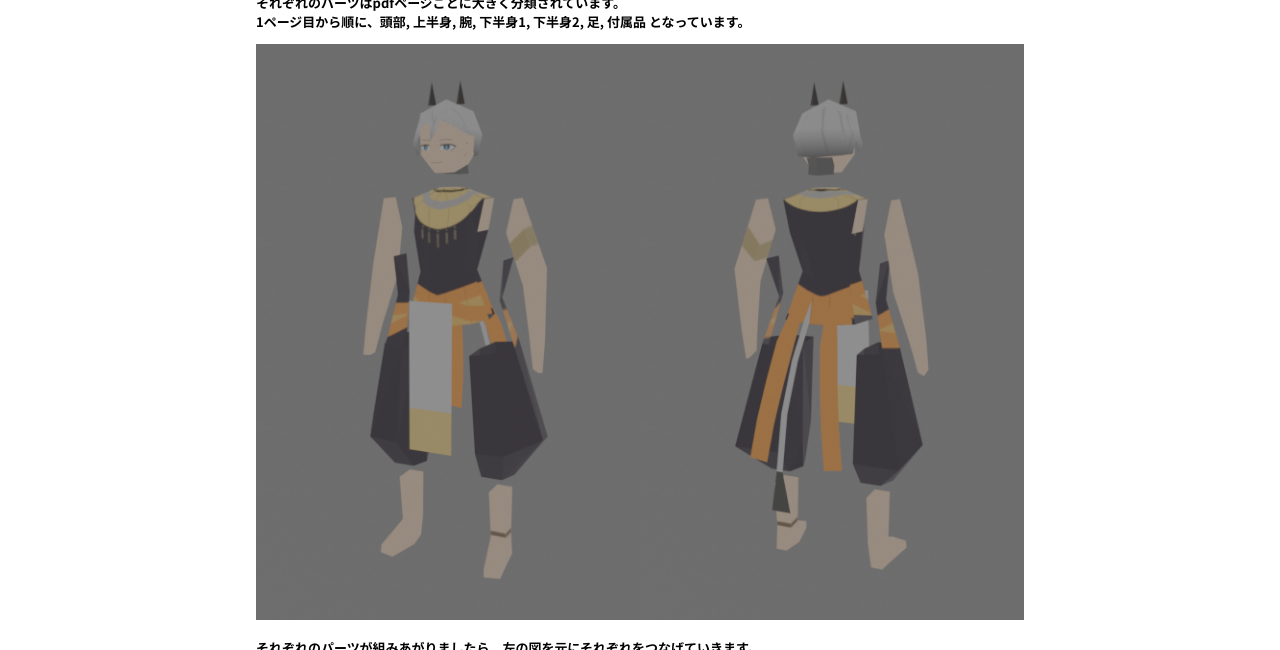
Repository: tdu-src/3D2024_asahisai
Page: html/Nere.html
These files come from the project's save history. The page is drawn as it stood at one moment and after the next save; the edit follows.
The browser window is 1280 px wide. The pictures show the part of the page from y = 3301 to 3951 px (the page is 4692 px tall before and 4711 px after).
A picture or video elsewhere on the page could not be fetched, so the positions and the page height are approximate. Some web fonts or font styles are not loaded; a fallback is used.

Above is the page before, as saved 2024-10-30 15:22:38.

### html/Nere.html
<!doctype html>
<html lang="ja">
    <head>
        <meta charset="UTF-8">
        <meta name="viewport" content="width=device-width">
        <title>ソフきゃら！特設サイト</title>
        <link rel="icon" href="../images/favicon.svg" type="image/svg+xml">
        <link res="stylesheet" href="https://unpkg.com/ress/dist/ress.min.css">
        <link href="../css/style.css" rel="stylesheet">
        <link href="../css/char.css" rel="stylesheet">
        <!---------------font data--------------->
            <!--Passion one-->
        <link rel="preconnect" href="https://fonts.googleapis.com">
        <link rel="preconnect" href="https://fonts.gstatic.com" crossorigin>
        <link href="https://fonts.googleapis.com/css2?family=Passion+One:wght@400;700;900&display=swap" rel="stylesheet">
            <!--Noto Sans Japanese-->
        <link rel="preconnect" href="https://fonts.googleapis.com">
        <link rel="preconnect" href="https://fonts.gstatic.com" crossorigin>
        <link href="https://fonts.googleapis.com/css2?family=Noto+Sans+JP:wght@100..900&family=Passion+One:wght@400;700;900&display=swap" rel="stylesheet">
            <!--Public Sans-->
        <link rel="preconnect" href="https://fonts.googleapis.com">
        <link rel="preconnect" href="https://fonts.gstatic.com" crossorigin>
        <link href="https://fonts.googleapis.com/css2?family=Noto+Sans+JP:wght@100..900&family=Passion+One:wght@400;700;900&family=Public+Sans:ital,wght@0,100..900;1,100..900&display=swap" rel="stylesheet">
    </head>
    <body>
        <header>
            <div class="header-content-wrapper">
                <div>
<!--------------------ソフ研アイコン-------------------->
                    <div class="header-content">
                        <svg class="src-icon" xmlns="http://www.w3.org/2000/svg" viewBox="0 0 647.76 403.25">
                            <g>
                                <path d="M324,24.3s-117.82-52.05-209.1-3.79C28.83,66.02-1.49,142.38.06,199.94c2.14,79.54,39.77,124.56,80.39,159.85,37.15,32.27,142.79,70.6,243.55,16.05v-59.09c-45.45,34.72-130.2,44.5-183.34,17.42-53.59-27.3-84.85-71.97-85.61-127.28-.76-55.31,25.05-101.96,66.72-129.24,41.67-27.27,115.87-39.48,202.24,4.23V24.3Z"/>
                                <path d="M197.67,142.11c-11.68-20.21-55.55-28.04-69.32-3.03-15.44,28.05,2.83,47.13,20.56,55.39,17.56,8.19,41.3,17.97,33.8,42.15-7.17,23.09-43.61,16.7-50.57-9.09l-16.48,4.55c1.61,6.91,15.53,38.26,43.37,37.88,27.84-.38,40.01-17.18,42.62-39.02,3.03-25.38-19.14-40.02-36.19-47.79-17.05-7.77-34.32-18.16-21.39-35.36,9.13-12.15,34.97-3.69,40.53,6.63l13.07-12.31Z"/>
                                <path d="M255.98,127.47l-29.02.16v138.03h16.22v-57.01h4.44l35.68,57.01h19.32l-37.83-59.43s35.6-4.76,35.41-39.97c-.12-21.89-19.8-38.64-44.22-38.79h0ZM247.21,143.9c20.48.24,35.47,5.28,35.1,24.48-.38,19.92-17.12,24.85-39.12,24.66v-49.13c1.41-.02,2.66-.03,4.02-.01h0Z"/>
                                <path d="M360.05,109.81c-4.79-8.28-23.3-10.83-29.51-1.53-7.29,10.92,1.16,19.32,8.43,22.71,7.2,3.36,18.77,7.45,14.96,17.03-3.67,9.21-19.22,7.05-22.07-3.53l-6.75,1.86c.66,2.83,6.28,14.37,17.69,14.77,11.61.41,17.9-6.09,18.97-15.04,1.24-10.41-5.97-15.54-16.44-19.92-7.08-2.97-13.6-7.45-8.57-14.36,3.67-5.04,15.33-1.98,18.37,2.29l4.93-4.28Z"/>
                                <path d="M389.07,122.8c-10.48,0-18.98,8.5-18.98,18.98h0c0,10.48,8.5,18.98,18.98,18.98h0c10.48,0,18.98-8.5,18.98-18.98h0c0-10.48-8.5-18.98-18.98-18.98h0ZM389.34,129.45c6.59,0,11.92,5.34,11.92,11.92,0,6.58-5.34,11.92-11.92,11.92-6.58,0-11.92-5.34-11.92-11.92,0-6.59,5.34-11.92,11.92-11.92h0Z"/>
                                <path d="M432.34,102.2c-6.68-.06-11.12,5.6-11.01,9.73.04,1.59.05,6.3.05,11.97h-6.76v5.98h6.76c0,13.8-.05,30.08-.05,30.08h6.84v-30.08h10.45v-5.98h-10.45v-10.36c-.4-5.7,8.52-5.1,10.26-2.95v-6.84c-2.17-1.07-4.22-1.54-6.09-1.55h0Z"/>
                                <path d="M454.37,113.47v10.43h-5.98v6.26h5.98v29.69h6.55v-29.69h7.59v-6.26h-7.59v-10.43h-6.55Z"/>
                                <path d="M474.48,123.5l16.76,35.89,9.94-21.92,9.75,21.92,16.95-35.89h-5.97l-10.61,23.01-10.23-23.01s-9.66,23.2-10.04,23.01c-.38-.19-10.98-23.01-10.98-23.01h-5.59Z"/>
                                <path d="M548.22,123.52c-9.3,0-16.83,8.37-16.83,18.69,0,10.32,7.54,18.68,16.83,18.69,5.81,0,11.21-3.34,14.28-8.82v7.68h6.64v-35.76h-6.64v8.33c-3.07-5.47-8.47-8.8-14.28-8.8ZM551.18,129.02c6.7-.02,12.15,5.69,12.17,12.78,0,7.09-5.43,12.82-12.13,12.83s-12.14-5.72-12.15-12.78c-.01-7.07,5.41-12.81,12.11-12.83h0Z"/>
                                <path d="M602.37,123.49c-6.3-.1-9.16,1.97-12.93,9.43v-8.93h-6.74v35.67h6.74v-21.36c2.72-5.76,6.84-9.87,12.58-7.85l1.68-6.91-1.32-.05h0Z"/>
                                <path d="M629.11,123.07c-11.78,0-18.22,8.9-18.22,18.97,0,8.65,6,17.98,18.55,17.98,8.28,0,12.34-3.92,15.33-7.05l-4.4-3.89c-2.28,3.32-8.5,7.02-16.8,3.74-6.53-2.58-6.95-10.18-6.95-10.18h31.12c0-7.11-5.07-19.58-18.64-19.58h0ZM629.08,129.12c6.36,0,11.29,6.36,11.29,8.35h-23.14c0-3.89,5.5-8.35,11.86-8.35Z"/>
                                <path d="M341.58,172.18l-12.54.07v55.16h7.01v-22.78h1.92l15.42,22.78h8.35l-16.34-23.75s15.38-1.9,15.3-15.97c-.05-8.74-8.55-15.44-19.11-15.5h0ZM337.78,178.74c8.85.1,15.32,2.11,15.17,9.78-.16,7.96-7.4,9.93-16.9,9.86v-19.63h1.74s0,0,0,0Z"/>
                                <path d="M386.91,190.98c-11.78,0-18.22,8.9-18.22,18.98,0,8.65,6,17.98,18.55,17.98,8.28,0,12.34-3.92,15.33-7.05l-4.4-3.89c-2.28,3.32-8.5,7.02-16.79,3.74-6.53-2.58-6.95-10.18-6.95-10.18h31.12c0-7.11-5.07-19.58-18.64-19.58h0ZM386.88,197.03c6.36,0,11.29,6.35,11.29,8.35h-23.14c0-3.89,5.5-8.35,11.86-8.35Z"/>
                                <path d="M434.81,195.46c-3.23-5.18-14.98-7.37-20.02-.42-4.93,6.81.5,12.39,5.77,14.89,4.78,2.26,11.12,4.12,8.94,9.03-1.97,4.44-8.12,3.84-12.79.07l-5.31,2.4c3.29,3.38,6.97,6.11,11.63,6.11,7.82,0,12.06-3.8,12.78-9.4.84-6.5-4.03-9.71-11.08-12.45-4.77-1.85-7.09-4.65-4.84-7.44,2.52-3.11,9.05-1.45,11.1,1.22l3.8-4.01Z"/>
                                <path d="M463.1,191.24c-11.78,0-18.22,8.9-18.22,18.98,0,8.65,6,17.98,18.55,17.98,8.28,0,12.34-3.92,15.33-7.05l-4.4-3.89c-2.28,3.32-8.5,7.02-16.79,3.75-6.53-2.58-6.95-10.18-6.95-10.18h31.12c0-7.11-5.07-19.58-18.65-19.58h0ZM463.07,197.29c6.36,0,11.29,6.35,11.29,8.35h-23.14c0-3.89,5.5-8.35,11.86-8.35h0Z"/>
                                <path d="M506.35,191.3c-9.3,0-16.84,8.37-16.84,18.68,0,10.32,7.54,18.69,16.83,18.69h0c5.81,0,11.21-3.34,14.28-8.82v7.69h6.64v-35.76h-6.64v8.32c-3.07-5.47-8.47-8.79-14.28-8.8h0ZM509.31,196.8c6.7-.02,12.15,5.69,12.17,12.78,0,7.09-5.43,12.82-12.13,12.83s-12.14-5.72-12.15-12.79,5.41-12.81,12.11-12.83h0Z"/>
                                <path d="M563.15,191.91c-6.3-.1-9.16,1.97-12.94,9.44v-8.93h-6.74v35.66h6.74v-21.36c2.72-5.76,6.84-9.87,12.58-7.86l1.68-6.91-1.32-.05h0Z"/>
                                <path d="M602.96,193s-10.49-4.78-18.62-.35c-7.66,4.18-10.37,11.19-10.23,16.48.19,7.3,3.54,11.44,7.16,14.68,3.31,2.97,12.65,6.48,21.62,1.47l.07-7.84c-4.71,3.09-11.91,5.42-16.33,2.4-5.04-3.44-6.22-5.68-6.55-10.75-.26-3.94,2.36-7.89,6.07-10.4s9.05-2.15,16.87,1.59l-.07-7.29Z"/>
                                <path d="M613.56,171.09v56.12h7.37v-19.22c0-3.88,2.41-11.79,9.37-11.79s7.5,6.16,7.5,9.24v21.76h7.1v-25.39c-.14-3.5-3.71-11.37-11.65-11.37s-12.46,6.96-12.46,6.96v-26.32h-7.23Z"/>
                                <path d="M367.73,242.62s-17.21-7.6-30.54-.55c-12.57,6.65-17,17.8-16.78,26.21.31,11.62,5.81,18.2,11.74,23.35,5.43,4.71,20.75,10.31,35.46,2.34l.11-8.63c-6.64,5.07-19.02,6.5-26.78,2.55-7.83-3.99-12.39-10.51-12.51-18.59-.11-8.08,3.66-14.89,9.75-18.88,6.09-3.98,17.04-5.77,29.65.62l-.11-8.41Z"/>
                                <path d="M382.4,240.13h7.23v55.98h-7.23v-55.98Z"/>
                                <path d="M406.2,260.96v23.11c0,6.17,6.06,13.16,14.96,13.16,9.75,0,15.72-6.99,15.72-12.5v-23.77h-7.01v22.63c0,3.23-3.98,7.67-8.43,7.67s-8.62-3.31-8.62-7.77v-22.54h-6.63Z"/>
                                <path d="M446.88,240.82v56.09h6.87v-7.68c3.17,5.48,8.88,7.87,14.89,7.88,9.61,0,17.27-7.43,17.27-17.74s-7.79-18.69-17.41-18.69c-6,0-11.58,3.33-14.76,8.8v-28.66h-6.86ZM465.44,266.18c6.93.02,12.53,5.76,12.52,12.83-.01,7.07-5.63,12.79-12.56,12.78-6.93,0-12.54-5.74-12.54-12.83.02-7.09,5.66-12.8,12.58-12.78h0Z"/>
                            </g>
                        </svg>
                    </div>
<!--------------------タイトル-------------------->
                    <div class="header-content">
                        <div class="title-wrapper">
                            <h1 class="title">ソフきゃら！ペパクラ</h1>
                        </div>
                    </div>
                </div>
<!--------------------外部リンク-------------------->
                <div>
                    <div class="header-content" id="display-width-big">
                        <div class="ex-site-link-wrapper">
                            <h4 class="ex-site-link">
                                <a href="https://tdu-src.com/">ソフトウェア研究部公式サイト</a>
                            </h4>
                            <h4 class="ex-site-link">
                                <a href="https://sofcharaproject.wixsite.com/official">ソフきゃら！公式サイト</a>
                            </h4>
                        </div>
                    </div>
                    <div class="header-content" id="display-width-small">
                        <nav>
                            <input id="menu-toggle" type="checkbox" />
                            <label class="menu-btn" for="menu-toggle">
                                <span>
                                    <div></div>
                                </span>
                            </label>
                            <div class="empty-item"></div>
                            <ul class="menu-box">
                            <li class="menu-item" id="first-item"><a href="https://tdu-src.com/" class="hidden-item">ソフトウェア研究部公式サイト</a></li>
                            <li class="menu-item"><a href="https://sofcharaproject.wixsite.com/official" class="hidden-item">ソフきゃら！公式サイト</a></li>
                            </ul>
                        </nav>
                    </div>
                </div>
            </div>
        </header>
        <main>
<!--------------------メインページ遷移-------------------->
            <section id="return-prepage">
                <h3 class="paragraph-content">
                    <a href="../index.html">&lt; トップページに戻る</a>

                    </h3>
            </section>
<!--------------------作品概要+ダウンロードリンク-------------------->
            <section class="explain-content-wrapper" id="explain-content-first">
                <h2 class="paragraph-title">ペーパークラフトダウンロード</h2>
                <div class="explain-content">
                    <div id="download-image">
                        <img src="../images/papercraft/Nere.png" alt="ネーレ・アレリオスのペーパークラフト" class="big-height">
                    </div>
                    <div>
                        <div class="explain-content-sentence">
                            <h3 class="paragraph-content">
                                キャラクター名：ネーレ・アレリオス
                            </h3>
                            <h3 class="paragraph-content">
                                制作難易度：★★★★★
                            </h3>
                            <h3 class="paragraph-content">
                                ペーパークラフト設計者：umetake
                            </h3>
                            <h3 class="paragraph-content" id="download-content">
                                <a href="../images/pdf-data/Nere.pdf" download="Nere.pdf" id="download-button">ダウンロード</a>
                            </h3>
                        </div>
                    </div>
                </div>
            </section>
<!--------------------組み立て説明-------------------->
            <section class="explain-content-wrapper">
                <h2 class="paragraph-title">組み立て方</h2>
                <div class="explain-content">
                    <div>
                        <img src="../images/description/all/1.png" alt="ペーパクラフトの組み立て方1" class="big-height">
                    </div>
                    <div>
                        <div class="explain-content-sentence">
                            <h3 class="paragraph-content">
                                ひとつのパーツは基本的に独立しており、
                                のりしろの数字と外側の矢印の番号がつながります。
                            </h3>
                        </div>
                    </div>
                </div>
                <div class="explain-content">
                    <div>
                        <img src="../images/description/all/2.png" alt="ペーパクラフトの組み立て方2" class="big-width">
                    </div>
                    <div>
                        <div class="explain-content-sentence">
                            <h3 class="paragraph-content">
                                稀に左の図のような"16:3"といった記述がありますが、
                                そのときは、左の数字(この例では16)のアイランドの中の右(この例では3)の数字が付けるべき場所になります。
                            </h3>
                        </div>
                    </div>
                </div>
                <div class="explain-content">
                    <div>
                        <img src="../images/description/Nere/1.png" alt="ネーレ・アレリオスのパーツの分類図" class="big-width">
                    </div>
                    <div>
                        <div class="explain-content-sentence">
                            <h3 class="paragraph-content">
                                それぞれのパーツはpdfページごとに大きく分類されています。<br>
                                1ページ目から順に、頭部, 上半身, 腕, 下半身1, 下半身2, 足, 付属品
                                となっています。
                            </h3>
                        </div>
                    </div>
                </div>
                <div class="explain-content">
                    <div>
                        <img src="../images/description/Nere/2.png" alt="ネーレ・アレリオスのパーツの結合図" class="big-width">
                    </div>
                    <div>
                        <div class="explain-content-sentence">
                            <h3 class="paragraph-content">
                                それぞれのパーツが組みあがりましたら、左の図を元にそれぞれをつなげていきます。
                            </h3>
                        </div>
                    </div>
                </div>
                <div class="explain-content">
                    <div>
                        <img src="../images/description/Nere/3.png" alt="ネーレ・アレリオスの顔の変更" class="big-width">
                    </div>
                    <div>
                        <div class="explain-content-sentence">
                            <h3 class="paragraph-content">
                                最後に顔のパーツが1つ余ったことと思います。
                                これは、髪と顔の間に差し込み別の表情を取らせるためのパーツです。
                            </h3>
                        </div>
                    </div>
                </div>
            </section>
        </main>
        <footer>
<!--------------------各種リンク-------------------->
            <div class="footer-content">
                <div class="sns-links">
                    <a href="https://x.com/sofken_tdu">
                        <svg class="sns-icon" viewBox="0 0 1200 1227" xmlns="http://www.w3.org/2000/svg" aria-hidden="true" role="none" class="u01b__icon-home">
                            <g><path d="M714.163 519.284L1160.89 0H1055.03L667.137 450.887L357.328 0H0L468.492 681.821L0 1226.37H105.866L515.491 750.218L842.672 1226.37H1200L714.137 519.284H714.163ZM569.165 687.828L521.697 619.934L144.011 79.6944H306.615L611.412 515.685L658.88 583.579L1055.08 1150.3H892.476L569.165 687.854V687.828Z"></path></g>
                        </svg>
                    </a>
                    <a href="https://tdu-src.com/">
                        <svg id="mid-icon" class="sns-icon" viewBox="0 0 150 150" xmlns="http://www.w3.org/2000/svg" aria-hidden="true" role="none" class="u01b__icon-home">
                            <g>
                                <path d="M114.565 8.844s-41.564-18.363-73.766-1.336c-30.362 16.054-41.061 42.992-40.514 63.297.756 28.061 14.03 43.943 28.36 56.391 13.107 11.385 50.374 24.905 85.92 5.661v-20.847c-16.035 12.248-45.931 15.698-64.679 6.147-18.905-9.631-29.934-25.391-30.201-44.901-.267-19.511 8.836-35.971 23.536-45.592 14.7-9.622 40.876-13.928 71.345 1.493z" stroke-width=".529"></path>
                                <path d="M69.998 50.404c-4.119-7.128-19.597-9.893-24.455-1.069-5.448 9.895.999 16.625 7.252 19.542 6.196 2.89 14.571 6.339 11.925 14.869-2.528 8.147-15.384 5.893-17.84-3.207l-5.813 1.604c.568 2.438 5.479 13.497 15.301 13.363 9.822-.134 14.114-6.061 15.034-13.764 1.069-8.954-6.753-14.118-12.767-16.858-6.014-2.74-12.106-6.408-7.546-12.475 3.221-4.285 12.336-1.3 14.299 2.339z" stroke-width=".529"></path>
                                <path d="M90.57 45.24l-10.237.057v48.694h5.722v-20.112h1.565l12.588 20.112h6.814l-13.344-20.964s12.56-1.679 12.493-14.101c-.042-7.721-6.985-13.632-15.6-13.686zm-3.096 5.797c7.224.085 12.513 1.862 12.384 8.637-.134 7.027-6.039 8.767-13.802 8.7v-17.333c.498-.008.937-.01 1.419-.005z" stroke-width="0.53"></path>
                            </g>
                        </svg>
                    </a>
                    <a href="mailto:softwareresearchclub◎gmail.com">
                        <svg class="sns-icon" xmlns="http://www.w3.org/2000/svg"viewBox="0 0 18 14.324">
                            <g>
                                <defs>
                                <style>
                                    .cls-1 {
                                    fill-rule: evenodd;
                                    }
                                </style>
                                </defs>
                                <path id="mail-2" data-name="mail" class="cls-1" d="M3.01,5.838a1,1,0,0,1,1-1H20a1,1,0,0,1,1,1V17.162a2,2,0,0,1-2,2H5a2,2,0,0,1-2-2v-11a1.008,1.008,0,0,1,.01-.14ZM5,8.062v9.1H19v-9.1l-4.878,4.879a3,3,0,0,1-4.243,0ZM6.572,6.806H17.428l-4.721,4.721a1,1,0,0,1-1.414,0Z" transform="translate(-3 -4.838)"/>
                            </g>
                        </svg>
                    </a>
                </div>
            </div>
<!--------------------コピーライト表記-------------------->
            <div class="footer-content" id="cpyright">
                &copy;2024- TDU Software Research Club
            </div>
        </footer>
    </body>
</html>

### css/char.css
@charset "UTF-8";
footer {
  bottom: auto;
}
main {
  width: 100%;
  display: inline-block;
  align-content: space-around;
}
h2 {
  font-size: calc((0.8vw + 6px) * 1.2);
}
h3 {
  font-size: calc((0.8vw + 6px) * 0.8);
}
section {
  margin: 0 20vw;
}
#download-image {
  display: block;
  align-items: center;
}
.big-height {
  width: auto;
  height: 100%;
}
.big-width {
  width: 100%;
  height: auto;
}
.block {
  width: 60vw;
  margin-top: 2.5em;
  display: inline-block;
  align-content: space-around;
}
#block-first {
  margin-top: 0;
}
.block-content {
  display: flex;
  margin-top: 2em;
  gap: 10%;
}
.block-content > div {
  position: relative;
  width: 45%;
  height: 0;
  padding-top: 45%;
  overflow: hidden;
}
.block-content > div > img {
  position: absolute;
  top: 50%;
  left: 50%;
  transform: translate(-50%, -50%);
  -webkit-transform: translate(-50%, -50%);
  -ms-transform: translate(-50%, -50%);
}
.block-content > div > div {
  position: absolute;
  top: 0;
  bottom: 0;
  left: 0;
  right: 0;
}
.block-content > div > h3 {
  text-align: justify;
}
.wrapper {
  display: inline;
  align-content: center;
  overflow: auto;
}
@media (max-width: 550px) {
  .block-content {
    display: block;
    width: 100%;
    justify-items: center;
  }
  .block-content > div {
    width: 80%;
    padding-top: 80%;
  }
  h3 {
    font-size: calc((0.8vw + 6px));
  }
  .block-content > div:nth-of-type(2) {
    padding-top: 60%;
  }
}
#download-content {
  margin-top: 3em;
}
#download-button {
  box-shadow: 2px 2px 4px gray;
  padding: 1em 2em;
  background-image: linear-gradient(60deg, #222, #444);
  border-radius: 1em;
  color: #fff;
}
#download-button:hover {
  box-shadow: 0px 0px 1px gray;
}

Loaded but not shown: css/style.css (614 lines, source omitted)

After the next save:
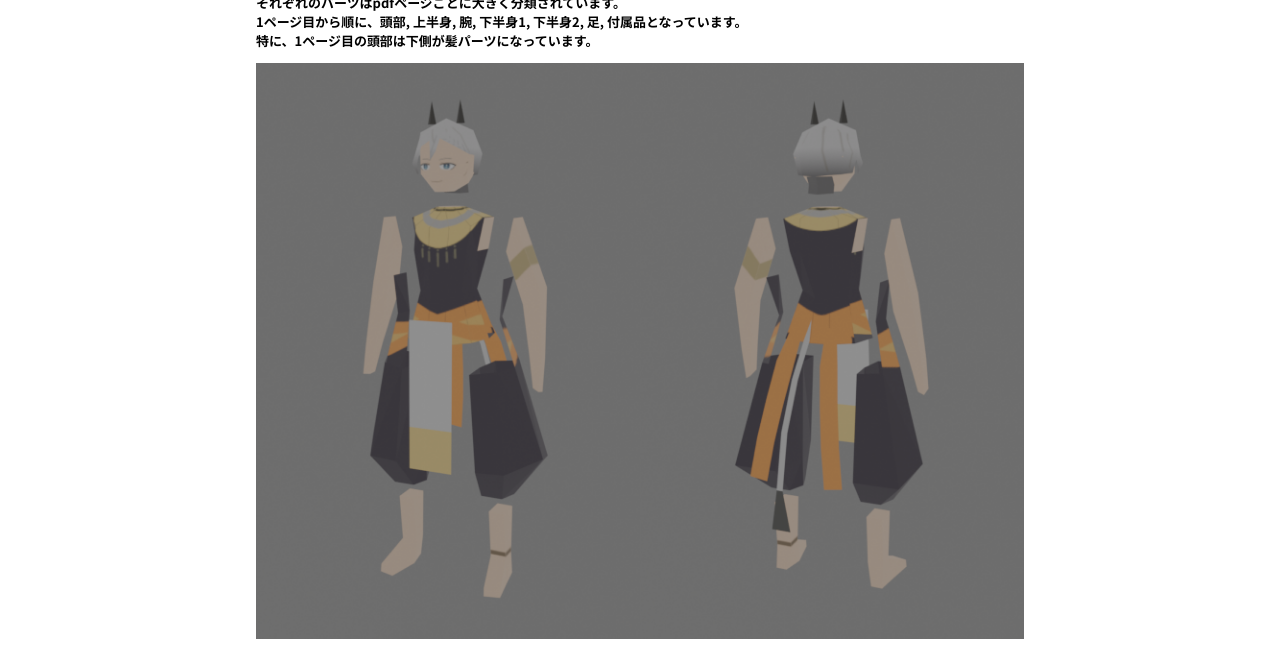
Saved 2 min 19 s later.
--- a/html/Nere.html
+++ b/html/Nere.html
@@ -163,8 +163,8 @@
                         <div class="explain-content-sentence">
                             <h3 class="paragraph-content">
                                 それぞれのパーツはpdfページごとに大きく分類されています。<br>
-                                1ページ目から順に、頭部, 上半身, 腕, 下半身1, 下半身2, 足, 付属品
-                                となっています。
+                                1ページ目から順に、頭部, 上半身, 腕, 下半身1, 下半身2, 足, 付属品となっています。<br>
+                                特に、1ページ目の頭部は下側が髪パーツになっています。
                             </h3>
                         </div>
                     </div>
